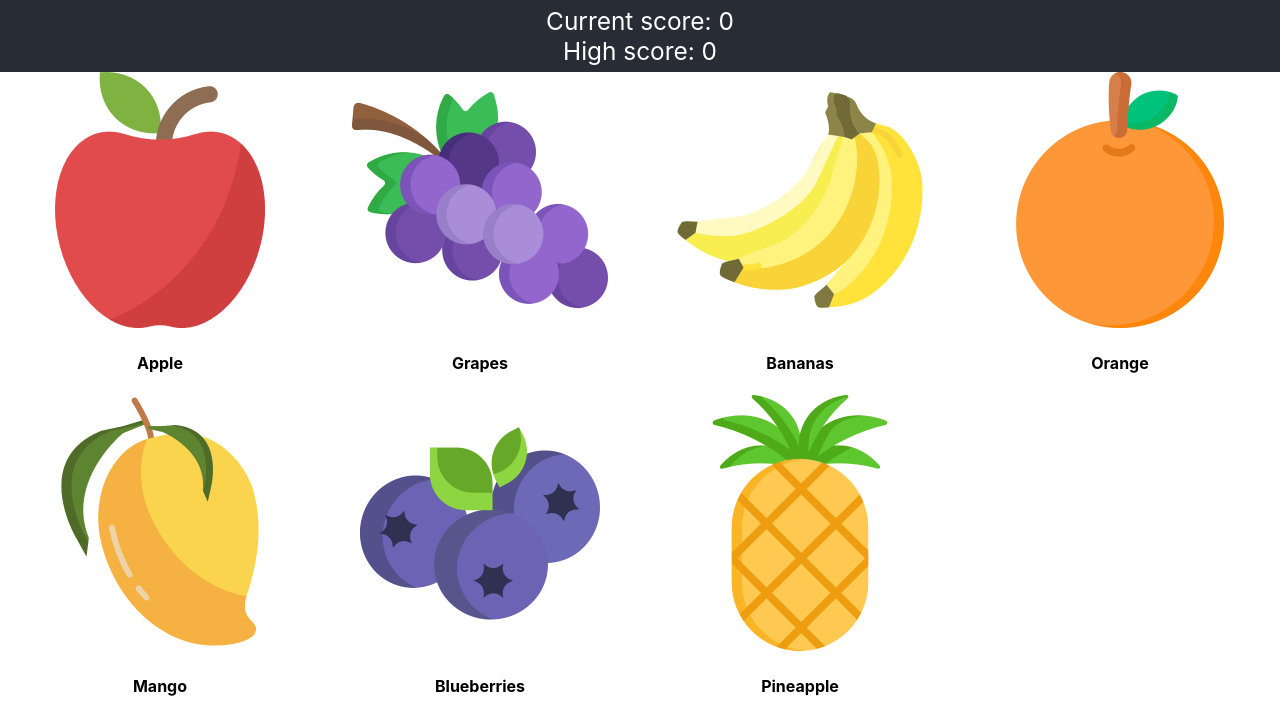
Repository: chin9/MemoryCard
Page: /
The author's editor kept a copy of each file at every save. The page is drawn from the files as they stood at one save, then again after the next save.
The browser window is 1280 px wide. The pictures show the whole page.
The project was rebuilt for these pictures with package versions that can differ from the ones it lists, and the page was loaded fresh each time.

Above is the page before, as saved 2021-07-08 20:02:14.

### public/index.html
<!DOCTYPE html>
<html lang="en">
  <head>
    <meta charset="utf-8" />
    <link rel="icon" href="%PUBLIC_URL%/favicon.ico" />
    <meta name="viewport" content="width=device-width, initial-scale=1" />
    <meta name="theme-color" content="#000000" />
    <meta
      name="description"
      content="Web site created using create-react-app"
    />
    <link rel="apple-touch-icon" href="%PUBLIC_URL%/logo192.png" />
    <!--
      manifest.json provides metadata used when your web app is installed on a
      user's mobile device or desktop. See https://developers.google.com/web/fundamentals/web-app-manifest/
    -->
    <link rel="manifest" href="%PUBLIC_URL%/manifest.json" />
    <!--
      Notice the use of %PUBLIC_URL% in the tags above.
      It will be replaced with the URL of the `public` folder during the build.
      Only files inside the `public` folder can be referenced from the HTML.

      Unlike "/favicon.ico" or "favicon.ico", "%PUBLIC_URL%/favicon.ico" will
      work correctly both with client-side routing and a non-root public URL.
      Learn how to configure a non-root public URL by running `npm run build`.
    -->
    <title>Memory Card</title>
  </head>
  <body>
    <noscript>You need to enable JavaScript to run this app.</noscript>
    <div id="root"></div>
    <!--
      This HTML file is a template.
      If you open it directly in the browser, you will see an empty page.

      You can add webfonts, meta tags, or analytics to this file.
      The build step will place the bundled scripts into the <body> tag.

      To begin the development, run `npm start` or `yarn start`.
      To create a production bundle, use `npm run build` or `yarn build`.
    -->
  </body>
</html>

### src/App.js
import './App.css';
import Scoreboard from './components/Scoreboard';
import Cards from './components/Cards';
import React, { useState, useEffect } from 'react';

function App() {

  //keep track of scores
  const [score, setScore] = useState(0);
  const [highScore, setHighScore] = useState(0);

  //keep track of cards
  const [cardsClicked, setCardsClicked] = useState([]);
  const [currCard, setCurrCard] = useState(null);
  const [update, setUpdate] = useState(false);

  // useEffect(()=>{
  //   const incrementOnClick = () => {
  //     setScore(score + 1);
  //   }

  //   document.addEventListener('click', incrementOnClick);

  //   return () => {
  //     document.removeEventListener('click', incrementOnClick);
  //   }
  // }, [score, highScore]);

  useEffect(()=> {
    console.log('score: ' + score);
    if (score > highScore) {
      setHighScore(score);
    }
    setUpdate(false);
    console.log(cardsClicked);
  }, [score, cardsClicked]);

  useEffect(()=> {

    console.log('card clicked: ' + currCard);
    console.log('update?: ' + update);


    if (currCard === null || update === false) {
      // do nothing
    } else {
      const exists = cardsClicked.some(v => v === currCard);
      if (!exists) {
        setScore(score => score + 1);
        setCardsClicked(cardsClicked => [...cardsClicked, currCard]);
        } else {
      setScore(0);
      setCardsClicked([]);
    }
    }
    // setUpdate(false);
    // console.log(cardsClicked.some(v => v === ));

  }, [currCard, update]);


  const updateScore = (id) => {
    //if cardsClicked doesn't contain id, add 1 to score, add id to cardsClicked
    //    if score > highScore, set highScore = score
    //else (if cardsClicked contains id), set score to 0, empty cardsClicked

    setCurrCard(id);
    setUpdate(true);

    // const exists = cardsClicked.some(v => v == id);
    // console.log(id);
    // console.log(exists);

    // if (!exists) {
    //   setScore(score => score + 1);
    //   setCardsClicked(cardsClicked => [...cardsClicked, id]);

    //   if (score > highScore) {setHighScore(score)};
    // } else {
    //   setScore(0);
    //   setCardsClicked([]);
    // }
  }

  return (
    <div className="App">
      <header className="App-header">
        <Scoreboard score={score} highScore={highScore}/>
      </header>
      <Cards updateScore={updateScore}/>
    </div>
  );
}

export default App;

### src/App.css
.App {
  text-align: center;
}

.App-logo {
  height: 40vmin;
  pointer-events: none;
}

@media (prefers-reduced-motion: no-preference) {
  .App-logo {
    animation: App-logo-spin infinite 20s linear;
  }
}

.App-header {
  background-color: #282c34;
  height: 10vh;
  display: flex;
  flex-direction: column;
  align-items: center;
  justify-content: center;
  font-size: calc(10px + 2vmin);
  color: white;
}

.App-link {
  color: #61dafb;
}

@keyframes App-logo-spin {
  from {
    transform: rotate(0deg);
  }
  to {
    transform: rotate(360deg);
  }
}

### src/components/Scoreboard.js
import React from 'react';

const Scoreboard = (props) => {

    return (
        <div>
            <div>Current score: {props.score}</div>
            <div>High score: {props.highScore}</div>
            </div>
    )
}

export default Scoreboard;

### src/components/Cards.js
import React, {useState, useEffect} from 'react';
import apple from '../images/apple.png';
import grapes from '../images/grapes.png';
import bananas from '../images/bananas.png';
import orange from '../images/orange-juice.png';
import mango from '../images/mango.png';
import blueberry from '../images/blueberry.png';
import pineapple from '../images/pineapple.png';
import '../style/Cards.css'

const Cards = (props) => {



    useEffect(()=>{
        const apple = document.getElementById(0);
        const grapes = document.getElementById(1);
        const bananas = document.getElementById(2);
        const orange = document.getElementById(3);
        const mango = document.getElementById(4);
        const blueberry = document.getElementById(5);
        const pineapple = document.getElementById(6);


        function randomizeOrder() {
            var parent = document.querySelector(".card-display");
            for(var i = 0; i < parent.children.length; i++){
            parent.appendChild(parent.children[Math.random() * i | 0]);
        }
        }

        const updateScoreWithFruit = (e) => {
            props.updateScore(e.id);
            randomizeOrder();
        }


        apple.addEventListener('click', ()=>{updateScoreWithFruit(apple)});
        grapes.addEventListener('click', ()=>{updateScoreWithFruit(grapes)});
        bananas.addEventListener('click', ()=>{updateScoreWithFruit(bananas)});
        orange.addEventListener('click', ()=>{updateScoreWithFruit(orange)});
        mango.addEventListener('click', ()=>{updateScoreWithFruit(mango)});
        blueberry.addEventListener('click', ()=>{updateScoreWithFruit(blueberry)});
        pineapple.addEventListener('click', ()=>{updateScoreWithFruit(pineapple)});


        console.log('mounted');

        return ()=>{
            apple.removeEventListener('click', updateScoreWithFruit(apple));
            grapes.removeEventListener('click', updateScoreWithFruit(grapes));
            bananas.removeEventListener('click', updateScoreWithFruit(bananas));
            orange.removeEventListener('click', updateScoreWithFruit(orange));
            mango.removeEventListener('click', ()=>{updateScoreWithFruit(mango)});
            blueberry.removeEventListener('click', ()=>{updateScoreWithFruit(blueberry)});
            pineapple.removeEventListener('click', ()=>{updateScoreWithFruit(pineapple)});

        }

    }, []);




    return (
    <div className='card-display'>
        <div>
            <img src={apple} alt='apple' className='fruit' id={0}></img>
            <h4>Apple</h4>
        </div>
        <div>
            <img src={grapes} alt='grapes' className='fruit' id={1}></img>
            <h4>Grapes</h4>
        </div>
        <div>
            <img src={bananas} alt='bananas' className='fruit' id={2}></img>
            <h4>Bananas</h4>
        </div>
        <div>
            <img src={orange} alt='orange' className='fruit' id={3}></img>
            <h4>Orange</h4>
        </div>
        <div>
            <img src={mango} alt='mango' className='fruit' id={4}></img>
            <h4>Mango</h4>
        </div>
        <div>
            <img src={blueberry} alt='mango' className='fruit' id={5}></img>
            <h4>Blueberries</h4>
        </div>
        <div>
            <img src={pineapple} alt='mango' className='fruit' id={6}></img>
            <h4>Pineapple</h4>
        </div>
    </div>
    );
}

export default Cards;

### src/style/Cards.css

.card-display {
    display: grid;
    grid-template-columns: 1fr 1fr 1fr 1fr;
}

.fruit {
    height: auto;
    width: auto;
    max-width: 20vw;
}

.fruit:hover {
    cursor: pointer;
}

Loaded but not shown: src/index.js (common file); src/index.css (common file)

After the next save:
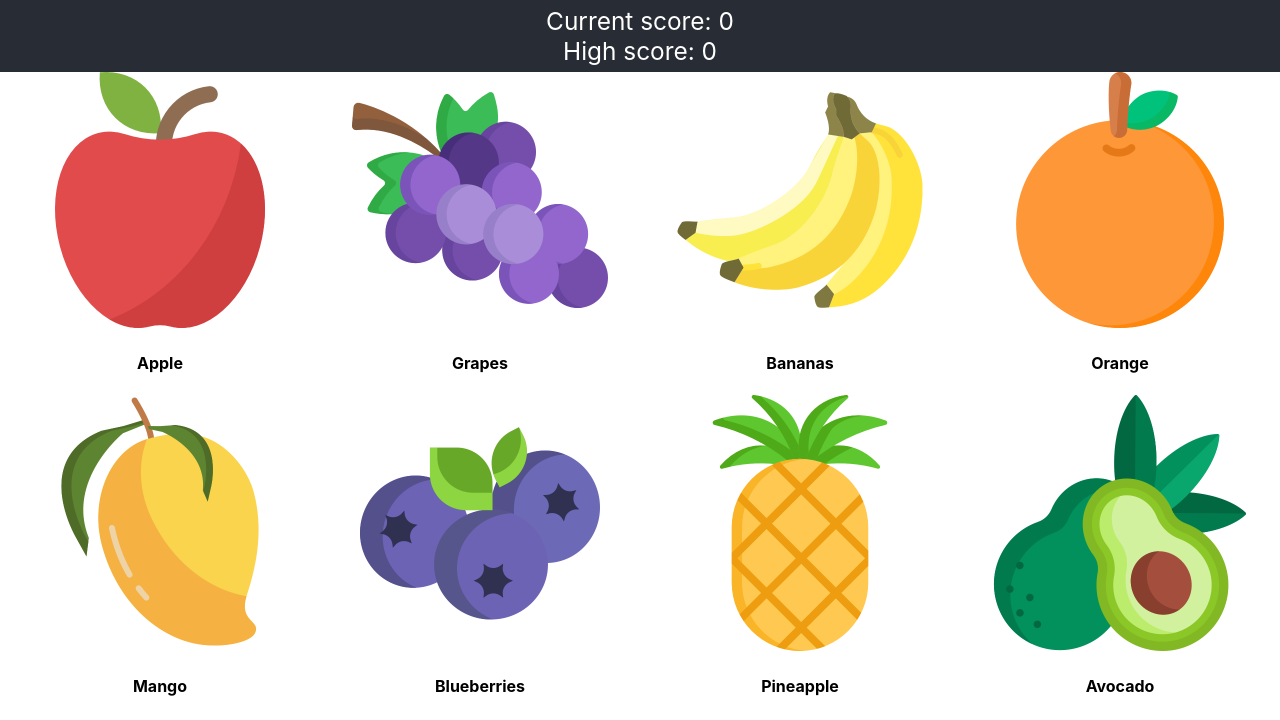
Saved 2 min 7 s later.
--- a/src/components/Cards.js
+++ b/src/components/Cards.js
@@ -6,6 +6,7 @@ import orange from '../images/orange-juice.png';
 import mango from '../images/mango.png';
 import blueberry from '../images/blueberry.png';
 import pineapple from '../images/pineapple.png';
+import avocado from '../images/avocado.png';
 import '../style/Cards.css'
 
 const Cards = (props) => {
@@ -20,6 +21,7 @@ const Cards = (props) => {
         const mango = document.getElementById(4);
         const blueberry = document.getElementById(5);
         const pineapple = document.getElementById(6);
+        const avocado = document.getElementById(7);
 
 
         function randomizeOrder() {
@@ -42,6 +44,7 @@ const Cards = (props) => {
         mango.addEventListener('click', ()=>{updateScoreWithFruit(mango)});
         blueberry.addEventListener('click', ()=>{updateScoreWithFruit(blueberry)});
         pineapple.addEventListener('click', ()=>{updateScoreWithFruit(pineapple)});
+        avocado.addEventListener('click', ()=>{updateScoreWithFruit(avocado)});
 
 
         console.log('mounted');
@@ -54,6 +57,7 @@ const Cards = (props) => {
             mango.removeEventListener('click', ()=>{updateScoreWithFruit(mango)});
             blueberry.removeEventListener('click', ()=>{updateScoreWithFruit(blueberry)});
             pineapple.removeEventListener('click', ()=>{updateScoreWithFruit(pineapple)});
+            avocado.removeEventListener('click', ()=>{updateScoreWithFruit(avocado)});
 
         }
 
@@ -92,6 +96,10 @@ const Cards = (props) => {
             <img src={pineapple} alt='mango' className='fruit' id={6}></img>
             <h4>Pineapple</h4>
         </div>
+        <div>
+            <img src={avocado} alt='mango' className='fruit' id={7}></img>
+            <h4>Avocado</h4>
+        </div>
     </div>
     );
 }
